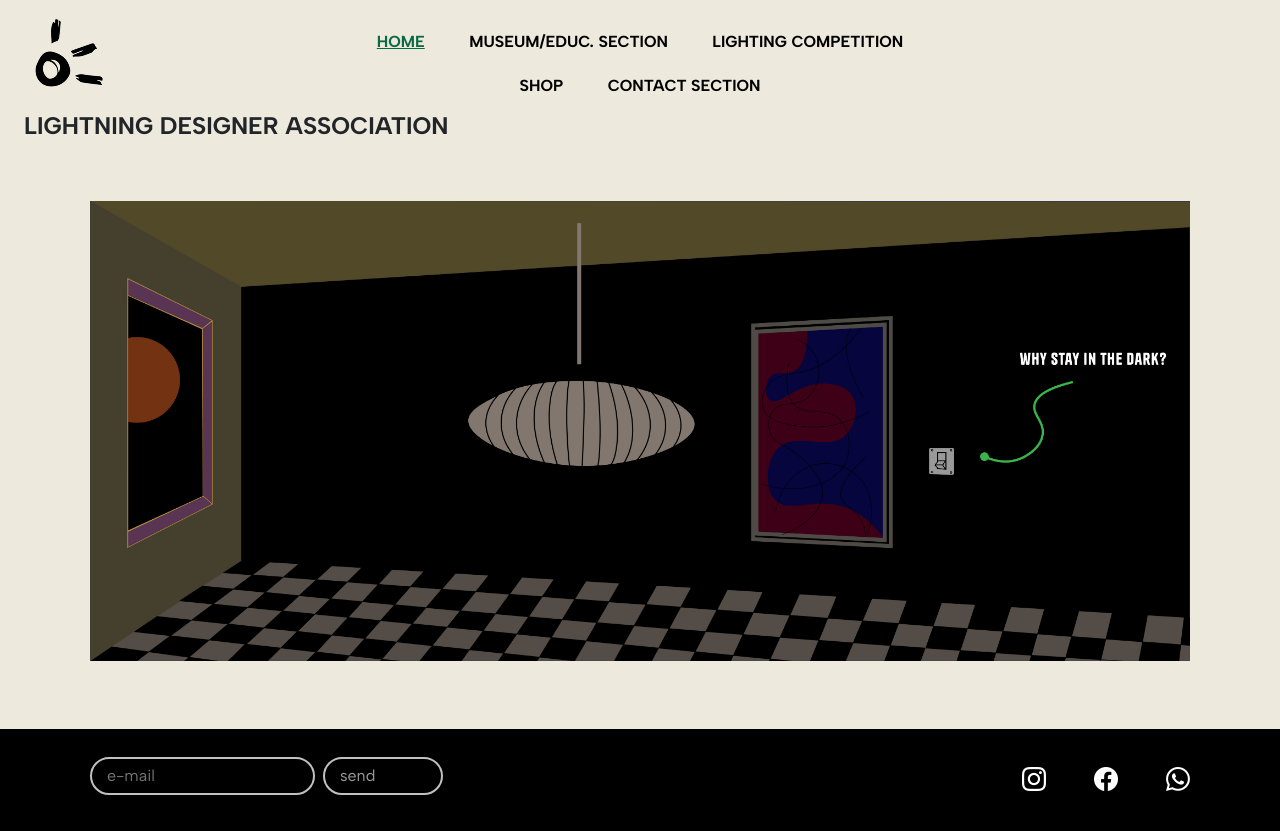
Repository: veronicamdiaz/Landing-Page-Practices
Page: competition-section.html
The author's editor kept a copy of each file at every save. The page is drawn from the files as they stood at one save, then again after the next save.
The browser window is 1280 px wide. The pictures show the whole page.

Above is the page before, as saved 2025-06-01 15:01:38.
Console error: TypeError: Cannot set properties of null (setting 'src')

### competition-section.html
<!DOCTYPE html>
<html lang="pt-BR">
<head>
    <meta http-equiv="X-UA-Compatible" content="IE=edge">
    <meta name="viewport" content="width=device-width, initial-scale=1.0">
    <title>Landing Page</title>
    <link rel="stylesheet" href="https://cdn.jsdelivr.net/npm/bootstrap@5.3.3/dist/css/bootstrap.min.css">
    <link rel="preconnect" href="https://fonts.googleapis.com">
    <link rel="preconnect" href="https://fonts.gstatic.com" crossorigin>
    <link href="https://fonts.googleapis.com/css2?family=Pacifico&family=Roboto:wght@400;700&display=swap" rel="stylesheet">
    <link rel="stylesheet" href="https://cdn.jsdelivr.net/npm/bootstrap-icons@1.11.3/font/bootstrap-icons.min.css">
    <link href="https://fonts.googleapis.com/css2?family=Albert+Sans:ital,wght@0,100..900;1,100..900&family=Pacifico&family=Roboto+Slab:wght@100..900&family=Roboto:ital,wght@0,100;0,300;0,400;0,500;0,700;0,900;1,100;1,300;1,400;1,500;1,700;1,900&display=swap" rel="stylesheet">
    <link rel="stylesheet" href="main.css">
</head>

<body>
<header id="home-page">
    <div class="site-logo">
        <a href="index.html">
            <img src="images/logo-site.png" alt="Lightning Design Lab Logo" class="logo-img">
        </a>
    </div>

    <div class="menu" data-bs-target="#cabecalho" da
    ta-bs-smooth-scroll="true">
        <nav id="cabecalho" class="mb-2 px-4">
            <a href="index.html" class="nav-link-active" data-bs-toggle="tab" data-bs-target="#home-page">HOME</a>
            <a href="museum-educational-section.html" class="nav-link" data-bs-toggle="tab" data-bs-target="#museum-educational-section">MUSEUM/EDUC. SECTION</a>
            <a href="#competition-section" class="nav-link" data-bs-toggle="tab" data-bs-target="#competition-section">LIGHTING COMPETITION</a>
            <a href="shop-section.html" class="nav-link" data-bs-toggle="tab" data-bs-target="#shop-section">SHOP</a>
            <a href="#contact-section" class="nav-link" data-bs-toggle="tab" data-bs-target="#contact-section">CONTACT SECTION</a>
        </nav>
    </div>
</header>

    <main>
        <section id="interaction-section" class="mt-5 mb-5">
            <h2 class="section-title mb-3 p-4">LIGHTNING DESIGNER ASSOCIATION</h2>
            <div class="container">
                <img src="./images/lights drawings2-09-09-09.jpg" alt="desenho-luz-apagada" class="img-fluid" id="img-interativa">
            </div>
        </section>
    </main>

    <footer class="bg-black py-2">
        <div class="container d-flex justify-content-between align-items-center flex-column flex-md-row">
            <div class="d-flex gap-2 align-items-center mb-2">
                <input type="email" class="btn btn-secondary" placeholder="e-mail" required
                    style="border: 2px solid rgb(192, 192, 192); border-radius: 20px; background-color: black; padding: 5px 15px; min-width: 120px; text-align: left; color: rgb(155, 155, 155);">
                <button type="submit" class="btn btn-secondary"
                    style="border: 2px solid rgb(192, 192, 192); border-radius: 20px; background-color: black; padding: 5px 15px; min-width: 120px; text-align: left; color: rgb(155, 155, 155);">
                    send
                </button>
            </div>
            <div class="d-flex gap-5 align-items-center">
                <a href="https://www.instagram.com" target="_blank" class="text-white">
                    <i class="bi bi-instagram" style="font-size: 1.5rem;"></i>
                </a>
                <a href="https://www.facebook.com" target="_blank" class="text-white">
                    <i class="bi bi-facebook" style="font-size: 1.5rem;"></i>
                </a>
                <a href="https://wa.me/" target="_blank" class="text-white">
                    <i class="bi bi-whatsapp" style="font-size: 1.5rem;"></i>
                </a>
            </div>
        </div>
    </footer>


    <script src="script.js"></script>

    <script>
        document.addEventListener("DOMContentLoaded", function () {
            const navLinks = document.querySelectorAll(".nav-link");

            // Ativa o link clicado e armazena no localStorage
            navLinks.forEach(link => {
                link.addEventListener("click", function (e) {
                    // Armazena qual link foi clicado no localStorage
                    localStorage.setItem('activeLink', e.target.getAttribute('href'));
                    // Adiciona a classe de ativo
                    navLinks.forEach(l => l.classList.remove("nav-link-active"));
                    e.target.classList.add("nav-link-active");
                });
            });

            // Verifica se há um link ativo armazenado no localStorage
            const activeLink = localStorage.getItem('activeLink');
            if (activeLink) {
                // Remove a classe 'nav-link-active' de todos os links
                navLinks.forEach(link => link.classList.remove("nav-link-active"));
                // Adiciona a classe 'nav-link-active' ao link armazenado
                document.querySelector(`a[href="${activeLink}"]`)?.classList.add("nav-link-active");
            }
        });
    </script>
</body>
</html>

### main.css
html, body {
    height: 100%;
    margin: 0;
    display: flex;
    flex-direction: column;
}

body {
    background-color: #EDEADD;
    font-family: sans-serif;
    flex: 1;
}

main {
    z-index: 5;
    flex: 1; /* ocupa todo o espaço entre o header e o footer */
    display: flex;
    flex-direction: column;
    background-color: transparent;
}

header {
    height: auto;
    position: relative;
    display: flex;
    flex-direction: column;
    align-items: center;
    padding-bottom: 40px; /* ou ajuste conforme necessário */

}

.site-logo {
    z-index: 100; /* Aumente se necessário */
    position: fixed;
    top: 10px;
    left: 20px;
}

.interaction-section {
    z-index: 5;
}

.logo-img {
    height: auto;
    display: block;
}

.container {
    padding: 20px;
}

/* #webgl-container {
    display: flex;
    justify-content: center;
    align-items: center;
    width: 100%;
    height: 100%;
    overflow: hidden;
    background-color: #f5f5f5;
} */

#home-page {
    width: 100%;
    justify-content: center;
    align-items: center;
}



/* .square {
    width: 200px;
    height: 200px;
    background-color: rgb(255, 255, 255);
    position: relative;
} */

.square::before,
.square::after {
    content: "";
    position: absolute;
    width: 100%;
    height: 1px;
}

/* .square::before {
    top: 50%;
    transform: translateY(-50%);
    transform-origin: left;
    transform: rotate(45deg);
}

.square::after {
    left: 50%;
    transform: translateX(-50%);
    transform-origin: top;
    transform: rotate(-45deg);
}
*/
nav {
    font-family: 'Albert Sans';
    font-weight: bold;
    left: 50%;
    top: 10px; /* Mantém um pequeno espaçamento do topo */
    transform: translateX(-50%);
    gap: 20px;
    display: inline-block;
    font-size: 16px;
    align-items: center;
    justify-content: center;
    z-index: 10;
    padding: 10px 20px;
    height: auto;
}


nav a {
    text-decoration: none;
    font-weight: bold;
    background-color: none;
    height: auto !important;
}

.nav-link {
    color: black; /* Cor padrão */
    transition: color 0.3s ease;
}

.nav-link-active {
    color: #0b6945 !important; /* Cor do botão ativo */
    font-weight: bold;
    text-decoration: underline;
}


#cabecalho {
    position: fixed;
    text-align: center; /* Centraliza os links */
    height: auto;
    gap: 20px;
    z-index: 10px;
}

#cabecalho a {
    display: inline-block;
    padding: 10px 20px; /* Para não ficarem colados */
    height: auto;
}

.card {
    display: flex;
    align-items: center;
    padding: 40px;
    width: 100%;
    height: 100%;
    max-width: 1200px;
    margin: 0 auto;
    border-radius: 12px;
    border: 1px solid black;
}

.row {
    flex-wrap: wrap; /* Para quebrar corretamente em telas pequenas */
    justify-content: space-between; /* Garante espaçamento uniforme */
}

.card img {
    background-color: none;
    width: 100%;
    height: 100%;
    object-fit: cover;
}

.card h3 {
    font-size: 14px;
    font-family: 'Albert Sans';
    color: #666;
    font-weight: bold;
}
.card p {
    margin-top: 10px;
    font-size: 12px;
    color: #666;
    font-family: 'Albert Sans';
}

.card.reverse {
    flex-direction: column-reverse;
}

.section-title {
    font-family: 'Albert Sans';
    font-weight: bold;
    font-size: 1.5em;
}

#nova-secao {
    font-family: 'Albert Sans';
}

.text-white {
    font-family: 'Albert Sans';
    font-size: .3em;
    font-weight: bold;
    color: white;
}


.btn-seemore {
    text-transform: uppercase;
    text-decoration: underline;
    background: none;
    border: none;
    color: white;
    font-size: 1rem;
    cursor: pointer;
}

.card-label {
    font-family: 'Albert Sans', sans-serif;
    font-size: 0.9rem;
    color: #999;
    letter-spacing: 1px;
    margin-bottom: 2px; /* Diminuir aqui! */
}


.custom-card img {
    width: 40%;
    max-width: 300px;
    object-fit: cover;
}

.custom-card .card-content {
    width: 60%;
    padding: 20px;
}

.custom-card h3 {
    font-weight: bold;
    margin-bottom: 8px;
    font-size: 18px;
}

.custom-card.left {
    flex-direction: row;
    border: 1px solid black;
    background-color: transparent;
}

.custom-card.right {
    flex-direction: row-reverse;
    border: 1px solid black;
    background-color: transparent;
}

.custom-card p {
    font-size: 14px;
    line-height: 1.6;
}

.card-label {
    font-size: 14px;
    line-height: 1.6;
    font-family: 'Albert Sans';
}


footer {
    padding: 2px 0; /* Reduzindo a altura do footer */
    font-size: 0.8rem; /* Diminuindo tamanho do texto */
    font-family: 'Albert Sans', sans-serif;
}

.icon {
    max-width: 30px; /* Ajuste o tamanho máximo conforme necessário */
    max-height: 30px; /* Ajuste o tamanho máximo conforme necessário */
    width: auto; /* Mantém a proporção */
    height: auto; /* Mantém a proporção */
    object-fit: contain; /* Garante que a imagem se ajuste ao espaço sem distorção */
    margin-bottom: 10px;
}


#competition-section .container {
    width: 100vw;
    overflow: hidden;
}

#img-interativa {
    width: 100%;
    object-fit: cover;
    display: block;
}

.title-container .section-title {
    flex: 1;
    margin: 0;
}

/* “spacer” vazio só para manter o flex funcionando igual */
.title-container .spacer {
  width: 60px; /* ou o tamanho que você precisar para “fechar” o espaço */
}


@media (max-width: 768px) {
    .site-logo {
        top: 5px;
        left: 10px;
        position: fixed;
    }

    .logo-img {
        width: 40px;
    }

    nav {
        position: fixed;
        font-family: 'Albert Sans';
        font-weight: bold;
        gap: 20px;
        font-size: 10px;
        justify-content: center;
        text-align: right;
        display: flex;
        z-index: 1;
        padding: 4px 12px;
    }

    .home-image {
        width: 100%;
        height: auto;
        content: (url(images/fundositemenor_prancheta.png));
        }

    #home-page {
        justify-content: center;
        align-items: center;
    }

    .img-responsiva {
        height: auto;
    }

    .nav-links {
        flex-direction: column;
        gap: 15px;
        text-align: center;
    }

    .navbar-toggler {
        display: block; /* Mostra o botão hambúrguer */
        background: none;
        border: none;
        cursor: pointer;
    }

    .navbar-toggler i {
        color: black;
    }


    .card {
        text-align: center;
        flex-direction: column;
    }

    .card img {
        width: 70%;
    }

    .card .card-content {
        width: 70%;
    }

    .custom-card {
        flex-direction: column !important;
        text-align: center;
    }

    .custom-card img {
        width: 70%;
    }

    .custom-card .card-content {
        width: 70%;
    }


    footer .container {
        flex-direction: column;
        text-align: center;
    }

    footer form {
        flex-direction: column;
        width: 70%;
        align-items: center;
    }

    footer form input,
    footer form button {
        width: 90%; /* Mantém a aparência proporcional */
    }

    footer .d-flex.gap-5 {
        gap: 20px; /* Ajusta o espaçamento dos ícones */
        justify-content: center;
        margin-top: 10px;
    }
}

### script.js
document.addEventListener('DOMContentLoaded', function () {
  // Código para a troca de imagem
  const imagem = document.getElementById('img-interativa');
  let estado = 'inicial';

  console.log('Imagem carregada:', imagem);

  imagem.addEventListener('click', function () {
    console.log('Imagem clicada. Estado atual:', estado);

    if (estado === 'inicial') {
      imagem.src = './images/lights drawings2-05-05-05.jpg';
      estado = 'alterada';
    } else {
      imagem.src = './images/lights drawings2-09-09-09.jpg';
      estado = 'inicial';
    }

    console.log('Novo estado:', estado);
  });
});

function updateImage() {
  let homeImage = document.querySelector('.home-image');
  if (window.innerWidth <= 768) {
      homeImage.src = "images/fundositemenor_prancheta.png"; // Imagem menor
  } else {
      homeImage.src = "images/fundosite.png"; // Imagem padrão
  }
}

document.addEventListener("DOMContentLoaded", function () {
  const navLinks = document.querySelectorAll(".nav-link");
  const currentURL = window.location.pathname.split("/").pop(); // Pega só o nome do arquivo, ex: 'shop-section.html'

  navLinks.forEach(link => {
    const linkHref = link.getAttribute("href");

    // Verifica se o link aponta para a mesma página
    if (
      linkHref === currentURL ||                     // Exato match
      (linkHref === "index.html" && currentURL === "") || // Caso especial para index
      (linkHref !== "#" && currentURL.includes(linkHref)) // Links internos com hash (#)
    ) {
      link.classList.add("nav-link-active");
    } else {
      link.classList.remove("nav-link-active");
    }
  });
});


// Verifica quando a página carrega
window.onload = updateImage;

// Verifica quando a tela redimensiona
window.onresize = updateImage;

// <-- Fechando corretamente a função de 'DOMContentLoaded'


  /*
  // Inicialização do modelo 3D
  let mouseX = 0, mouseY = 0;
  const container = document.getElementById('webgl-container');
  const renderer = new THREE.WebGLRenderer({ antialias: true });
  renderer.setSize(window.innerWidth, window.innerHeight);
  container.appendChild(renderer.domElement);  // Adiciona o renderizador dentro de #webgl-container

  const scene = new THREE.Scene();

  // Criar um cubo maior
  const geometry = new THREE.BoxGeometry(2, 2, 2); // Aumentei o tamanho do cubo (2x2x2)
  const material = new THREE.MeshStandardMaterial({ color: 0x00ff00, roughness: 0.5, metalness: 0.7 });
  const cube = new THREE.Mesh(geometry, material);
  scene.add(cube);
  scene.background = new THREE.Color(0xF5F5F5);  // Cor de fundo #F5F5F5

   // Definir a posição do cubo para ficar mais para cima
   cube.position.y = 1; // Aqui é onde ajustamos a posição vertical do cubo

   // Melhorar a qualidade aumentando a resolução
  renderer.setPixelRatio(window.devicePixelRatio); // Usa a resolução nativa do dispositivo

  // Câmera
  const camera = new THREE.PerspectiveCamera(75, window.innerWidth / window.innerHeight, 0.1, 1000);
  camera.position.z = 5;  // Posicionando a câmera para visualizar o cubo maior

  // Adicionar luz ambiente
  const light = new THREE.AmbientLight(0x404040); // luz suave
  scene.add(light);

  // Adicionar luz direcional
  const directionalLight = new THREE.DirectionalLight(0xffffff, 1);
  directionalLight.position.set(5, 5, 5).normalize();
  scene.add(directionalLight);

  // Função de animação
  function animate() {
    requestAnimationFrame(animate);

    // A rotação do cubo será controlada pela posição do mouse
    cube.rotation.x = mouseY * Math.PI; // Multiplica a posição Y do mouse por pi
    cube.rotation.y = mouseX * Math.PI; // Multiplica a posição X do mouse por pi

    renderer.render(scene, camera);
  }

  animate();

  // Função para ajustar o tamanho do renderizador e atualizar a câmera
function onWindowResize() {
  const width = window.innerWidth;
  const height = window.innerHeight;

  // Atualiza as proporções da câmera
  camera.aspect = width / height;
  camera.updateProjectionMatrix();

  // Ajusta o tamanho do renderizador
  renderer.setSize(width, height);
}

// Adiciona um event listener para chamar a função sempre que a janela for redimensionada
window.addEventListener('resize', onWindowResize, false);

// Chama a função uma vez para configurar inicialmente
onWindowResize();

  // Redimensionar o renderizador quando a janela for redimensionada
  window.addEventListener('resize', () => {
    renderer.setSize(window.innerWidth, window.innerHeight);
    camera.aspect = window.innerWidth / window.innerHeight;
    camera.updateProjectionMatrix();
  });

  // Captura o movimento do mouse
  function onMouseMove(event) {
    // Normaliza a posição do mouse (de -1 a 1 para cada eixo)
    mouseX = (event.clientX / window.innerWidth) * 2 - 1;
    mouseY = -(event.clientY / window.innerHeight) * 2 + 1;
  }

  // Adiciona o ouvinte para o movimento do mouse
  window.addEventListener('mousemove', onMouseMove, false);
});

*/

After the next save:
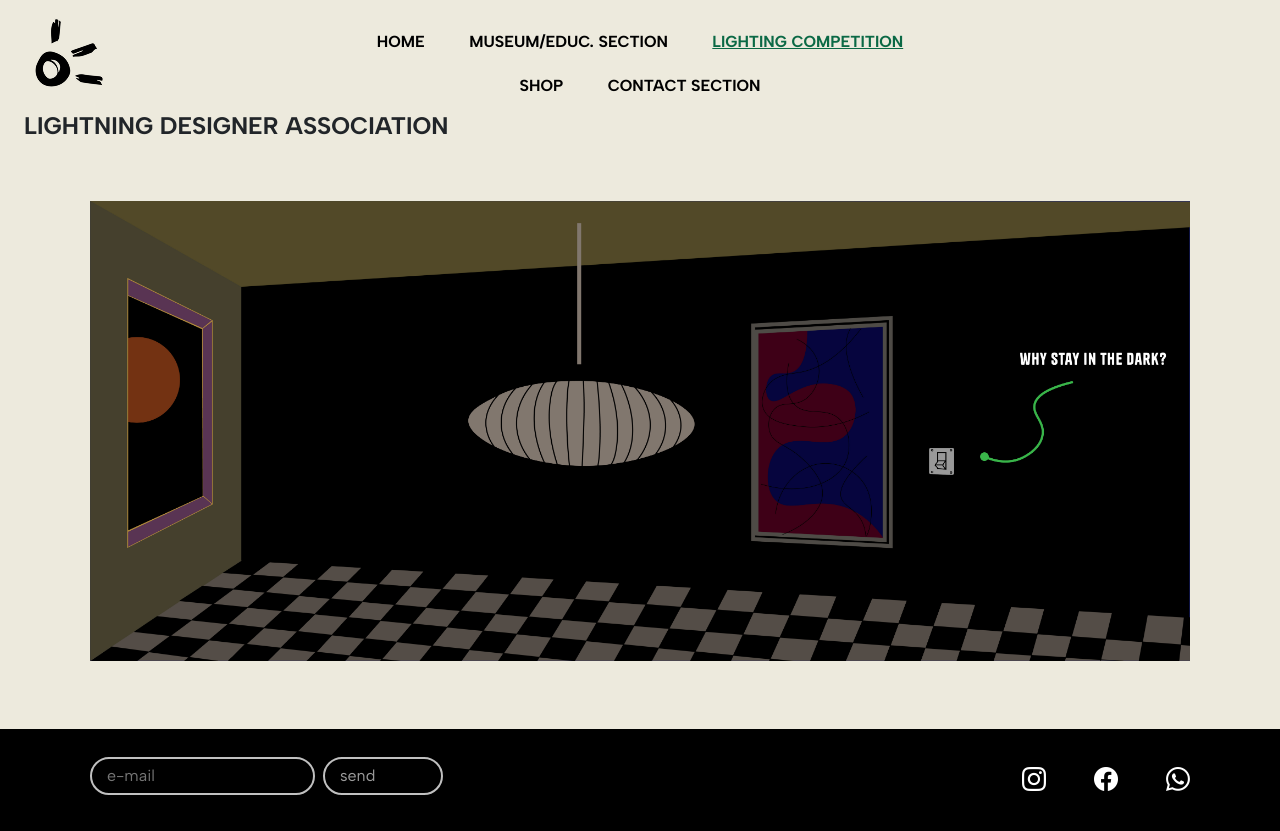
Saved 16 s later.
--- a/competition-section.html
+++ b/competition-section.html
@@ -24,9 +24,9 @@
     <div class="menu" data-bs-target="#cabecalho" da
     ta-bs-smooth-scroll="true">
         <nav id="cabecalho" class="mb-2 px-4">
-            <a href="index.html" class="nav-link-active" data-bs-toggle="tab" data-bs-target="#home-page">HOME</a>
+            <a href="index.html" class="nav-link" data-bs-toggle="tab" data-bs-target="#home-page">HOME</a>
             <a href="museum-educational-section.html" class="nav-link" data-bs-toggle="tab" data-bs-target="#museum-educational-section">MUSEUM/EDUC. SECTION</a>
-            <a href="#competition-section" class="nav-link" data-bs-toggle="tab" data-bs-target="#competition-section">LIGHTING COMPETITION</a>
+            <a href="#competition-section" class="nav-link-active" data-bs-toggle="tab" data-bs-target="#competition-section">LIGHTING COMPETITION</a>
             <a href="shop-section.html" class="nav-link" data-bs-toggle="tab" data-bs-target="#shop-section">SHOP</a>
             <a href="#contact-section" class="nav-link" data-bs-toggle="tab" data-bs-target="#contact-section">CONTACT SECTION</a>
         </nav>
